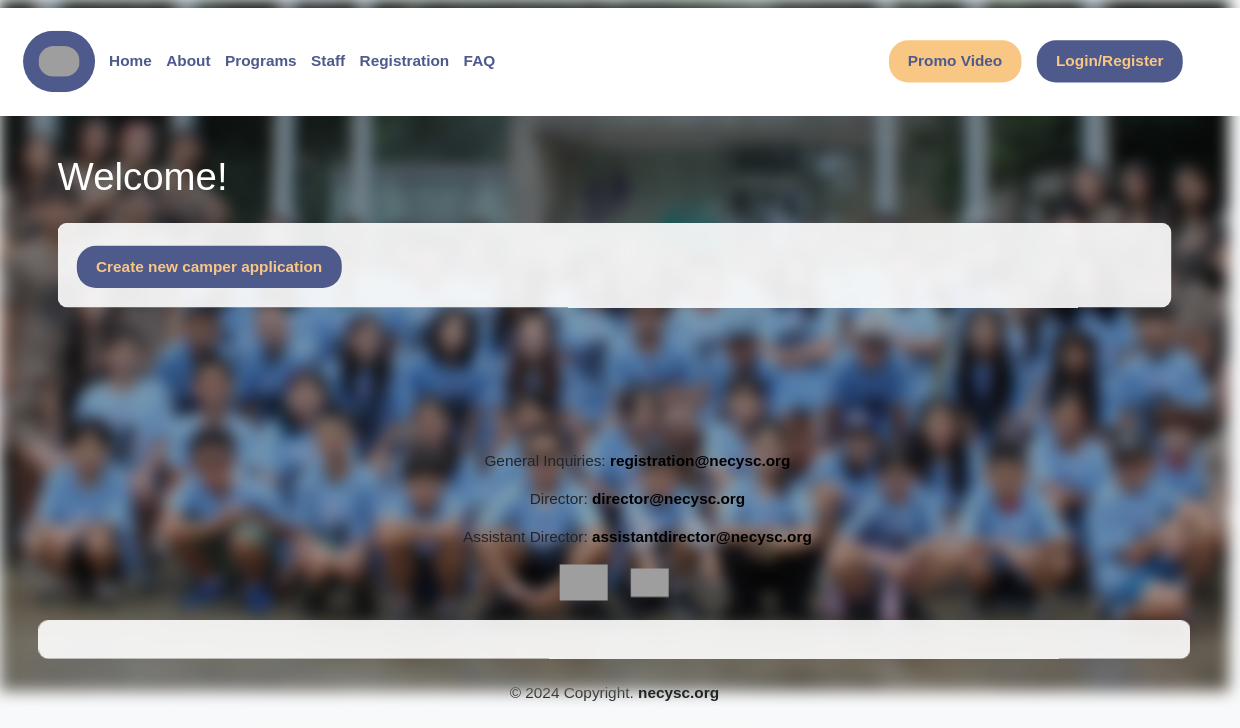
Repository: fullstackatbrown/project-necysc
Page: necysc_app/templates/necysc_app/applicant/index.html
These files come from the project's save history. The page is drawn as it stood at one moment and after a run of saves; the edit follows.
The browser window is 1280 px wide. The page is 1292 px wide, so the pictures cover 1292 px, including what lies to the right of the window. The pictures show the whole page, at 96% of full size.
Pictures or frames that could not be fetched are drawn as grey boxes. Some web fonts or font styles are not loaded; a fallback is used. The template is drawn by Django 5.2. The application's start-up code is not run. The template is opened directly, without the code that normally fills it, so the values that code supplies are empty.

Above is the page before, as saved 2024-12-04 01:37:07.

After the next 2 saves:
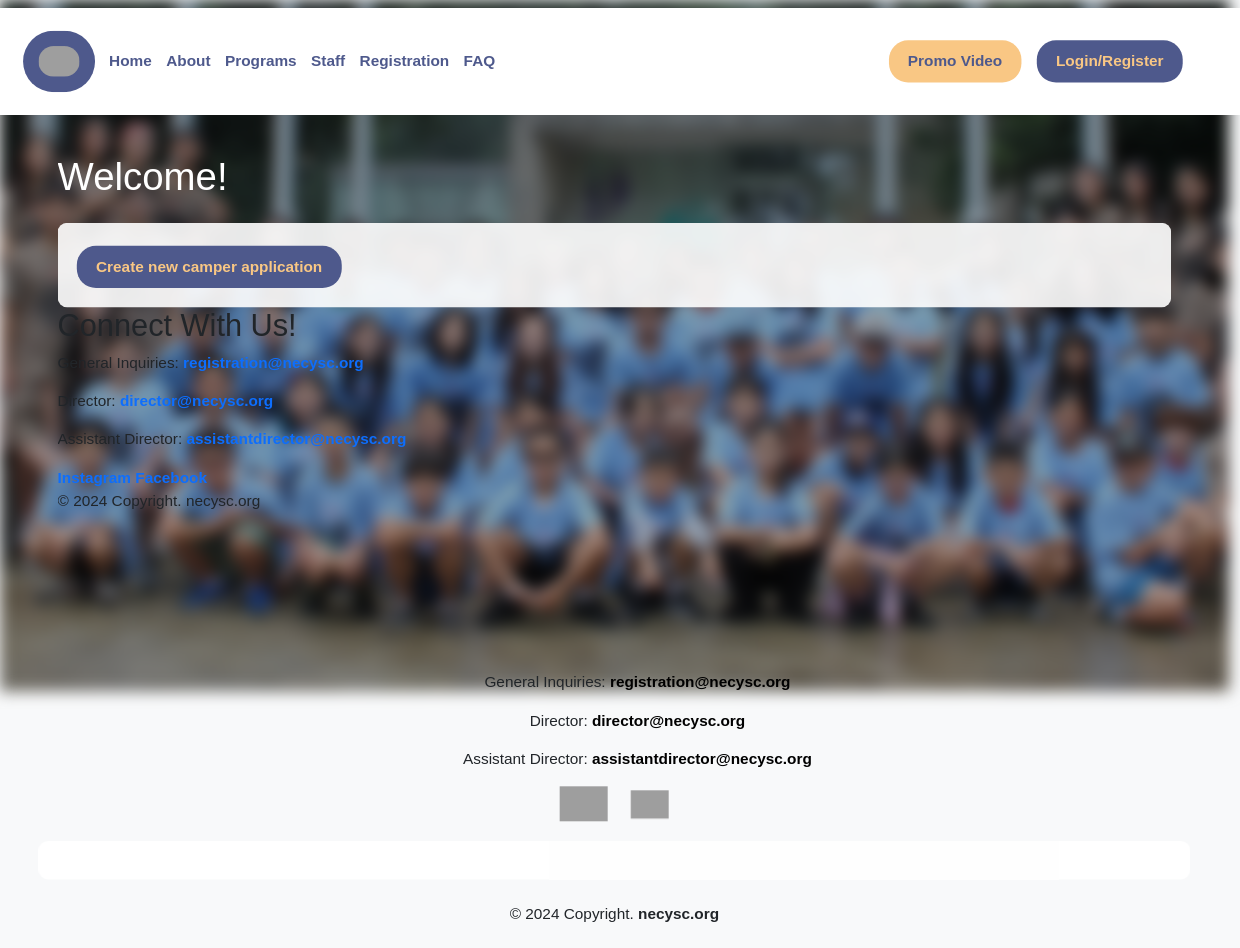
The 2 saves are shown as one change because they came seconds apart.
The last was saved 79 s later.
--- a/necysc_app/templates/necysc_app/applicant/index.html
+++ b/necysc_app/templates/necysc_app/applicant/index.html
@@ -97,4 +97,16 @@
 box-shadow: 0 0 20px 2px rgba(0, 0, 0, 0.15); /* Adjust the glow effect */
 }
 </style>
+<!-- Connect With Us Section -->
+<div class="footer-section">
+    <h2>Connect With Us!</h2>
+    <p>General Inquiries: <a href="mailto:registration@necysc.org">registration@necysc.org</a></p>
+    <p>Director: <a href="mailto:director@necysc.org">director@necysc.org</a></p>
+    <p>Assistant Director: <a href="mailto:assistantdirector@necysc.org">assistantdirector@necysc.org</a></p>
+    <div>
+        <a href="https://www.instagram.com/" target="_blank">Instagram</a>
+        <a href="https://www.facebook.com/" target="_blank">Facebook</a>
+    </div>
+    <p>&copy; 2024 Copyright. necysc.org</p>
+</div>
 {% endblock %}
